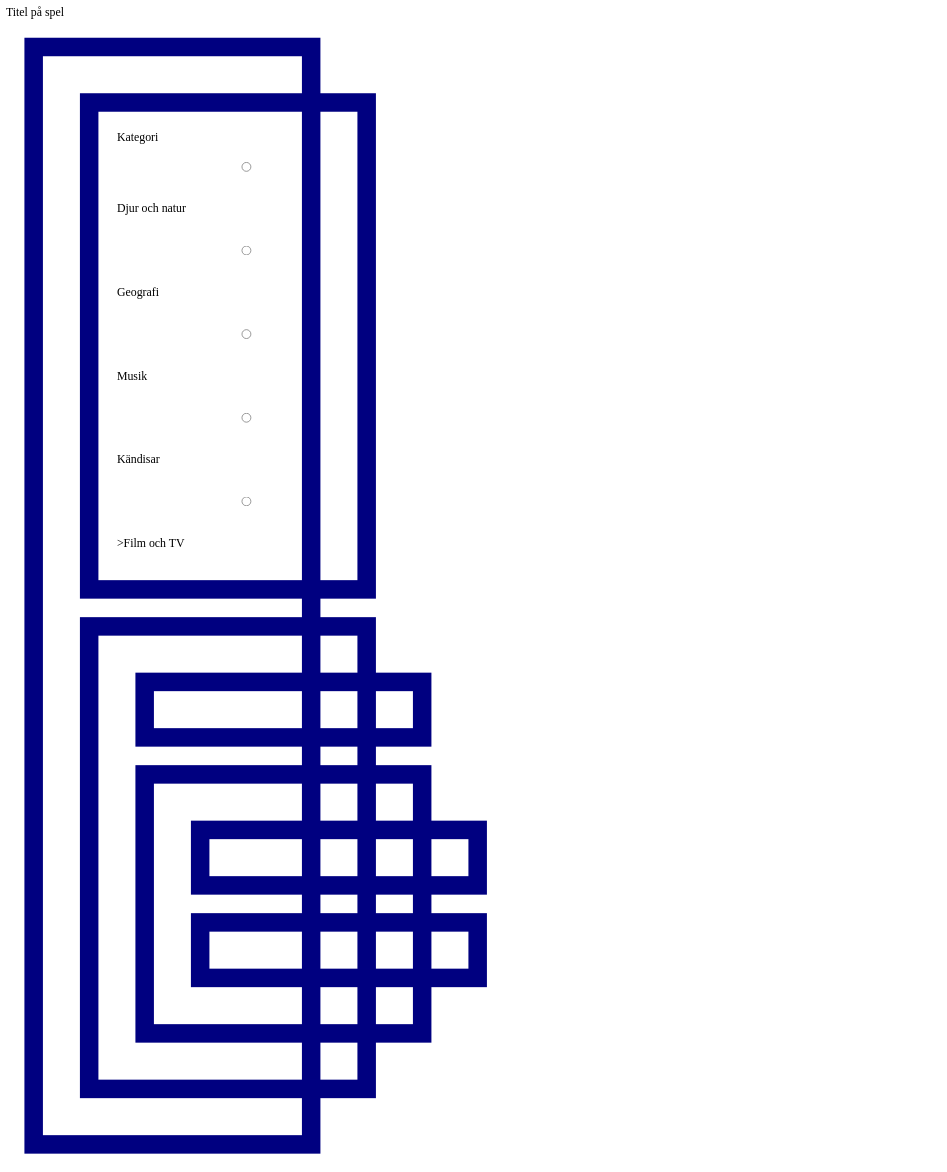
Repository: ed222gg/project2
Page: pages/start.html
The author's editor kept a record of every edit. The page is drawn from the files as they stood at one moment, then again after the next edit.
The browser window is 1280 px wide. The pictures show the whole page, at 74% of full size.

Above is the page before.

### pages/start.html
<!DOCTYPE html>
<html>

<head>
    <meta charset="utf-8" />
    <title>Index</title>
    <link rel="stylesheet" type="text/css" href="../css/style.css" />
</head>

<body>
    <header>Titel på spel</header>
    <main>
        <div id="container">
            <div id="CategoryTitle">Kategori</div>
            <div id="categories">
                <div><input type="radio" id="c0" name="category" value="0"><p>Djur och natur</p></div>
                <input type="radio" id="c1" name="category" value="1"><p>Geografi</p>
                <input type="radio" id="c2" name="category" value="2"><p>Musik</p>
                <input type="radio" id="c3" name="category" value="3"><p>Kändisar</p>
                <input type="radio" id="c4" name="category" value="4"><P>>Film och TV</p>
            </div>
        </div>
        <!-- <template id="tamplate"> -->
        <div id="gameLayout">
            <div id="topLayout"></div>
            <div id="bottomLayout">
                <div id="bottomLeft"></div>
            <div id="bottomRight"></div>
        </div>
        </div>
        <!-- </template> -->

    </main>
    <script src="../script/Game.js" type="text/javascript"></script>
</body>

</html>

<!-- main funktionen
   var template = document.querySelector('#template');
   var gameLayout = template.content.querySelector('#gameLayout').cloneNode(true);

   // om du vill hämta element i main funktionen
   gameLayout.questionP = gameLayout.querySelector('#question');
   gameLayout.questionP.innerHTML ='vem van vm 2011';

   // lägger ut allt
   container.appendChild(gameLayout);
   <--

### css/style.css
body{
    background: #FFFFFF;
}

main{
    margin-right:44px;
width: 300px;
    padding: 25px;
    border: 25px solid navy;
    margin: 25px;}
header{}
input{width: 300px;
    padding: 25px;
    border: 25px solid navy;
    margin: 25px;}

#template{ }
#gameLayout{ width: 300px;
    padding: 25px;
    border: 25px solid navy;
    margin: 25px;}
#topLayout{ width: 300px;
    padding: 25px;
    border: 25px solid navy;
    margin: 25px;}
#bottomLayout{ width: 300px;
    padding: 25px;
    border: 25px solid navy;
    margin: 25px;}
#bottomLeft{ width: 300px;
    padding: 25px;
    border: 25px solid navy;
    margin: 25px;}
#bottomRight{ width: 300px;
    padding: 25px;
    border: 25px solid navy;
    margin: 25px;}



#categories{
    margin: 0px;
    padding: 0px;
    list-style-type: none;
}


#container{
     width: 300px;
    padding: 25px;
    border: 25px solid navy;
    margin: 25px;
}
#c0{}
#c0{}
#c0{}
#c0{}
#c0{}
#c0{}

#testStatus{


}

#test{}

### script/Game.js
"use strict"; //objekt.metod/egenskap(argument)

var Game= {

    pos: 0,
    categoryNr: undefined,
    test: undefined,
    testStatus: undefined,
    question: undefined,
    choice: undefined,
    choises: undefined,
    chA: undefined,
    chB: undefined,
    correct: 0,
    questionsArray: [],


    init: function() {
        var radios = document.getElementsByName('category'); // samla alla cetegoryelementen i en lista
        console.log(radios)

        for (var i = 0; i < radios.length; i++) {
            eventClick(i);
        }
        //funktionen eventclick som vi kallar på i forloopen ovan,
        //lägger en eventlistener på alla elementen i radios
        function eventClick(categoryId){
            radios[categoryId].addEventListener("click", function() {
            if (radios[categoryId].checked)
            {

                //nu har vi checkat samt vet vilket id categorin har. nu kan vi sätta rätt frågor. next step.
                //hmm hur var det jag hade tänkt nu då...
                console.log(categoryId)

            }


            });
        }



    },
};
//När sidan har laddads in så anropas init.
window.onload = Game.init;


 /* // main funktionen
   var template = document.querySelector('#template');
   var gameLayout = template.content.querySelector('#gameLayout').cloneNode(true);

   // om du vill hämta element i main funktionen
   gameLayout.questionP = gameLayout.querySelector('#question');
   gameLayout.questionP.innerHTML ='vem van vm 2011';

   // lägger ut allt
   container.appendChild(gameLayout);*/

After the next edit:
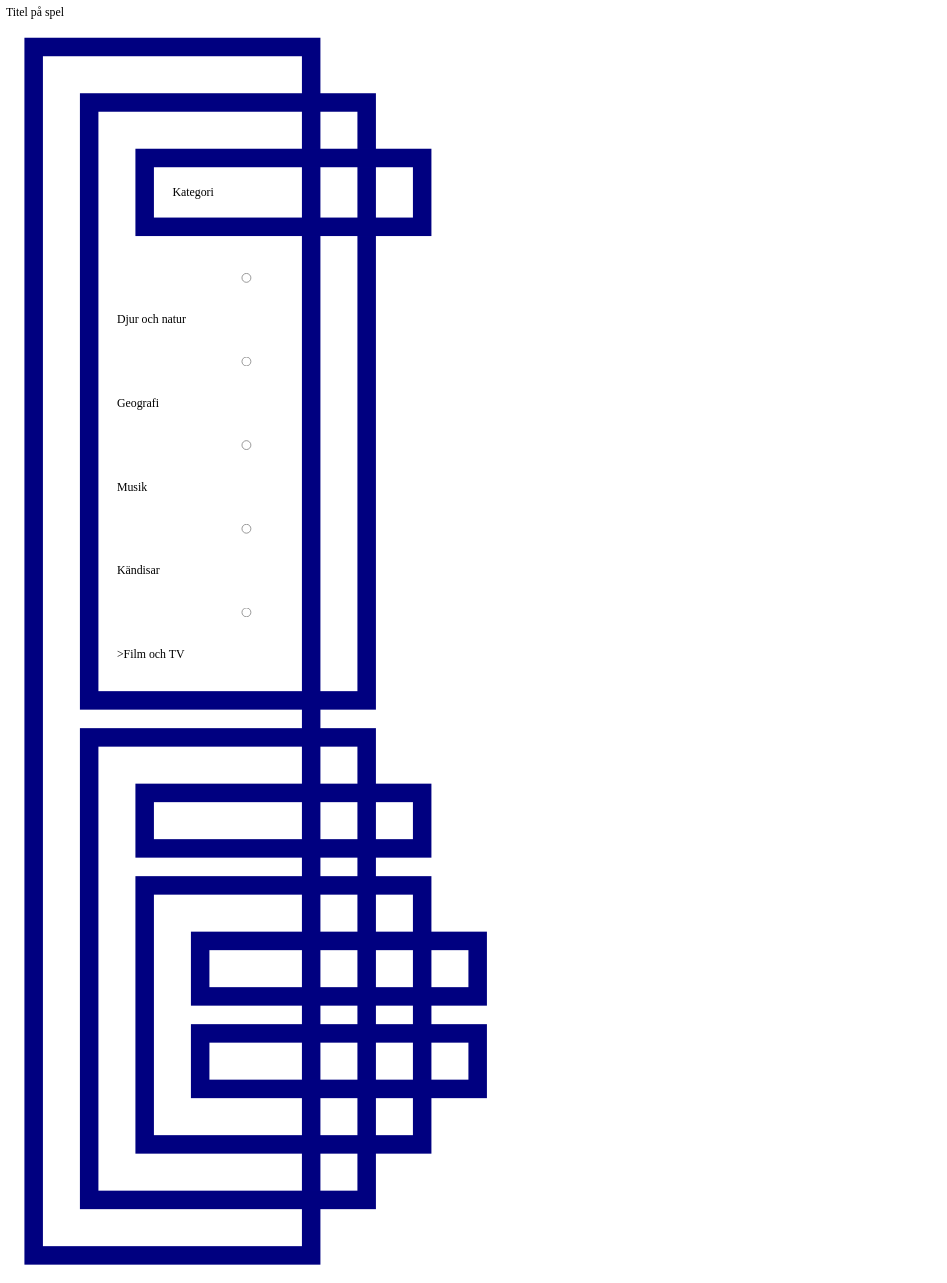
The edit:
--- a/css/style.css
+++ b/css/style.css
@@ -51,15 +51,13 @@
     border: 25px solid navy;
     margin: 25px;
 }
-#c0{}
-#c0{}
-#c0{}
-#c0{}
-#c0{}
-#c0{}
 
-#testStatus{
 
+#CategoryTitle{
+    width: 300px;
+    padding: 25px;
+    border: 25px solid navy;
+    margin: 25px;
 
 }
 
